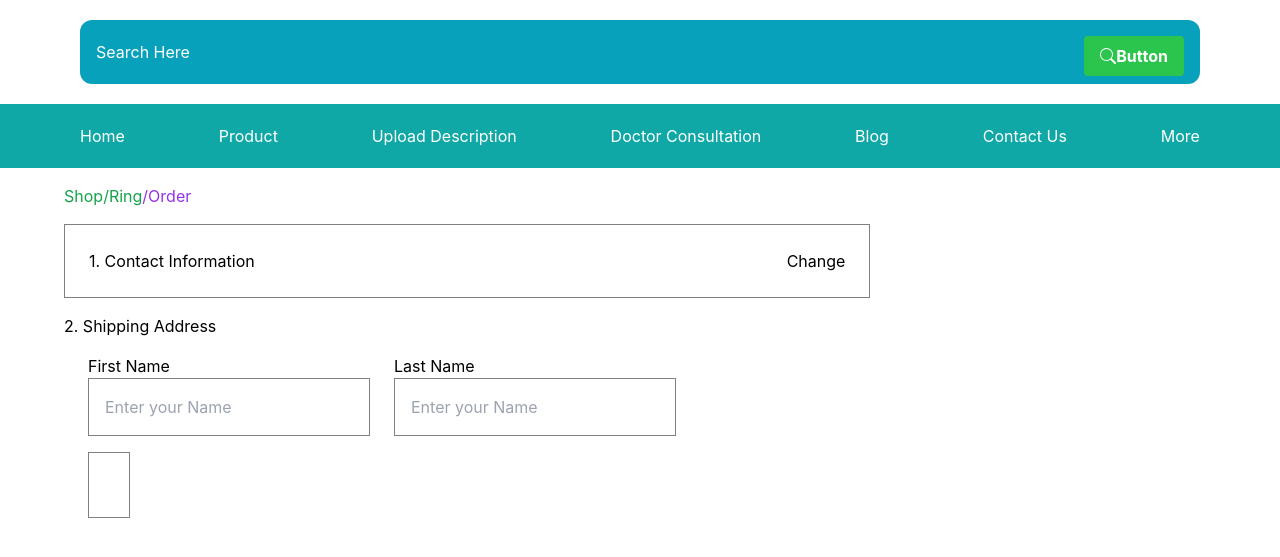
Repository: arafatmollah/form-pharma
Page: /
An editor plug-in stored every save of this project. The page is shown before and after the next save, followed by the edit.
The browser window is 1280 px wide. The pictures show the whole page.
The project was rebuilt for these pictures with package versions that can differ from the ones it lists, and the page was loaded fresh each time.

Above is the page before, as saved 2023-03-14 23:53:02.

After the next save:
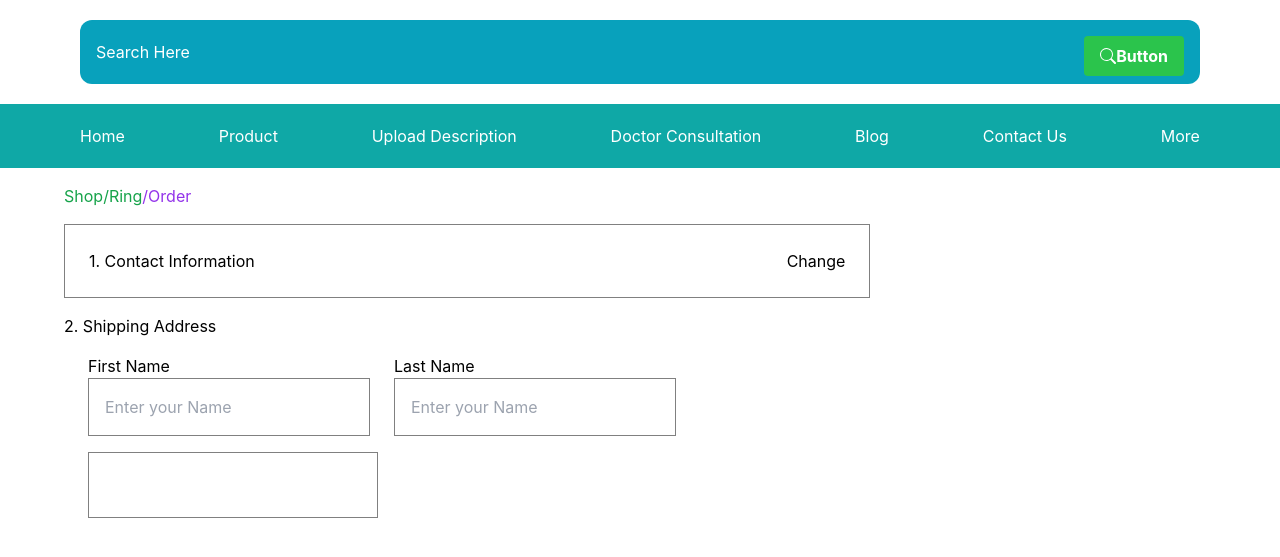
Saved 4 s later.
--- a/src/Form.js
+++ b/src/Form.js
@@ -28,7 +28,7 @@ function form() {
                 </div>
                </div>
                <div className='my-4 mx-6'>
-                <input className='w-0 input p-5' type='text'></input>
+                <input className='input p-5' type='text'></input>
                </div>
               </form>
             </div>
